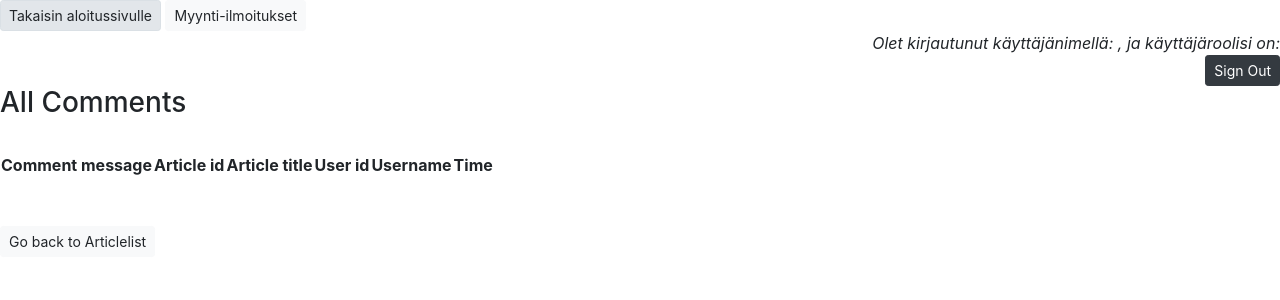
Repository: LiljestromNadja/Backend_s2023_harjoitustyo
Page: http://localhost/allComments
An editor plug-in stored every save of this project. The page is shown before and after the next save, followed by the edit.
The browser window is 1280 px wide. The pictures show the whole page.
The page is this project's Thymeleaf template; nobody is signed in. The template is opened directly, without the code that normally fills it, so the values that code supplies are empty.

Above is the page before, as saved 2023-11-09 17:36:54.

After the next save:
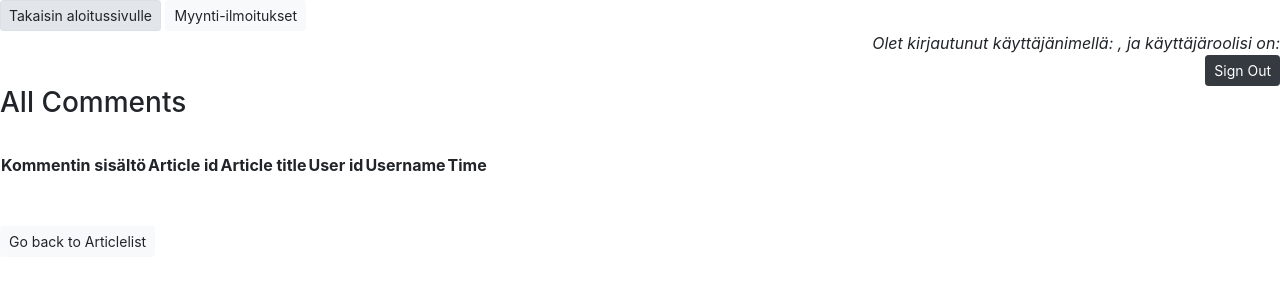
Saved 33 s later.
--- a/harkkas23v01/src/main/resources/templates/allComments.html
+++ b/harkkas23v01/src/main/resources/templates/allComments.html
@@ -17,7 +17,7 @@
 		<i>Olet kirjautunut käyttäjänimellä: <b sec:authentication="name"></b>,
 			ja käyttäjäroolisi on: <b sec:authentication="principal.authorities"></b></i>
 
-		</br>
+		<br>
 		<form class="text-right" th:action="@{/logout}" method="post">
 			<input type="submit" value="Sign Out" class="btn btn-sm btn-dark" />
 		</form>
@@ -26,7 +26,7 @@
 	<h3>All Comments</h3>
 	<table>
 		<tr>
-			<th>Comment message</th> <!-- th == tableHeader -->
+			<th>Kommentin sisältö</th> <!-- th == tableHeader -->
 			<th>Article id</th>
 			<th>Article title</th>
 			<th>User id</th>
